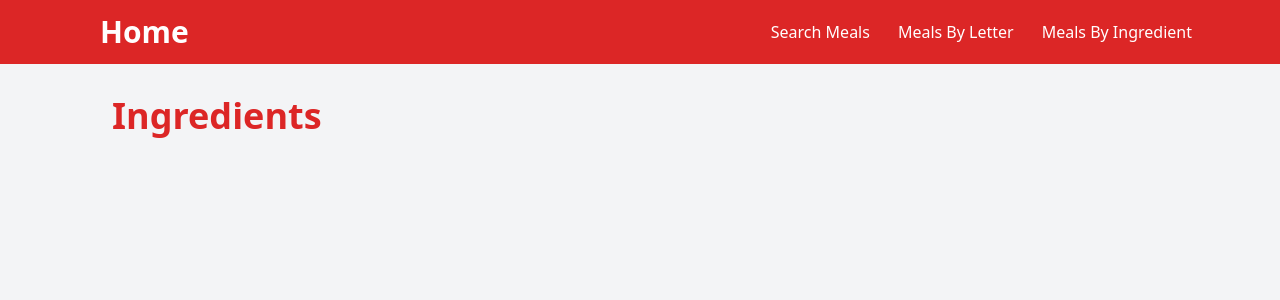
Repository: HalemX/meals
Page: /ingredients
These files come from the project's save history. The page is drawn as it stood at one moment and after the next save; the edit follows.
The browser window is 1280 px wide. The pictures show the whole page.
The page's requests for data from a server got no answer. The project was rebuilt for these pictures with package versions that can differ from the ones it lists, and the page was loaded fresh each time. No one was signed in, and anything a server would have sent is missing. Also part of the build but not shown: vite.config.js, src/components/ui/BaseButtons.vue, src/components/meals_components/MealsItem.vue, src/pages/home/HomePage.vue, src/components/layout/GuestLayout.vue, src/pages/meals/MealsByIngredient.vue, src/pages/meals/MealsByLetters.vue, src/pages/meals/MealsByName.vue and 1 more.

Above is the page before, as saved 2024-02-12 17:39:39.

### index.html
<!DOCTYPE html>
<html lang="en">
  <head>
    <meta charset="UTF-8" />
    <link rel="icon" type="image/svg+xml" href="/vite.svg" />
    <meta name="viewport" content="width=device-width, initial-scale=1.0" />
    <title>Vite + Vue</title>
  </head>
  <body class="bg-gray-100 h-full">
    <div id="app"></div>
    <script type="module" src="/src/main.js"></script>
  </body>
</html>

### src/main.js
import { createApp } from "vue";

import router from "./router";
import store from "./store";
import "./style.css";

import App from "./App.vue";

const app = createApp(App);
app.use(router);
app.use(store);

app.mount("#app");

### src/router/index.js
import { createRouter, createWebHistory } from "vue-router";

import HomePage from "../pages/home/HomePage.vue";

import DefaultLayout from "../components/layout/DefaultLayout.vue";
import GuestLayout from "../components/layout/GuestLayout.vue";

import MealsByIngredient from "../pages/meals/MealsByIngredient.vue";
import MealsByLetters from "../pages/meals/MealsByLetters.vue";
import MealsByName from "../pages/meals/MealsByName.vue";
import MealDetails from "../components/meals_components/MealDetails.vue";
import AllIngredients from "../pages/meals/AllIngredients.vue";

const routes = [
  {
    path: "/",
    component: DefaultLayout,
    children: [
      {
        path: "/",
        name: "home",
        component: HomePage,
      },
      {
        path: "/by-letter/:letter?",
        name: "byLetter",
        component: MealsByLetters,
      },
      {
        path: "/by-name/:name?",
        name: "byName",
        component: MealsByName,
      },
      {
        path: "/ingredients",
        name: "ingredients",
        component: AllIngredients,
      },
      {
        path: "/by-ingredient/:ingredient",
        name: "byIngredient",
        component: MealsByIngredient,
      },
      {
        path: "/meal/:id",
        name: "mealDetails",
        component: MealDetails,
      },
    ],
  },
  {
    path: "/guest",
    component: GuestLayout,
    children: [],
  },
];

const router = createRouter({
  history: createWebHistory(),
  routes,
});

export default router;

### src/store/index.js
import { createStore } from "vuex";

import mealsModule from "./modules/meals/index";

const store = createStore({
  modules: {
    mealsModule,
  },
});

export default store;

### src/App.vue
<template>
  <router-view v-slot="slotProps">
    <transition name="route" mode="out-in">
      <component :is="slotProps.Component"></component>
    </transition>
  </router-view>
</template>

<style scoped>
.route-enter-from {
  opacity: 0;
  transform: translateY(-30px);
}
.route-leave-to {
  opacity: 0;
  transform: translateY(30px);
}
.route-enter-active {
  transition: all 0.4s ease-out;
}
.route-enter-active {
  transition: all 0.4s ease-in;
}
.route-enter-to,
.route-leave-from {
  opacity: 1;
  transform: translateY(0);
}
</style>

### src/components/layout/DefaultLayout.vue
<template>
  <div>
    <navbar />
    <main>
      <router-view v-slot="slotProps">
        <transition name="route" mode="out-in">
          <component :is="slotProps.Component"></component>
        </transition>
      </router-view>
    </main>
  </div>
</template>

<script>
import Navbar from "./Navbar.vue";
export default {
  components: {
    Navbar,
  },
};
</script>

<style>
.route-enter-from {
  opacity: 0;
  transform: translateY(-30px);
}
.route-leave-to {
  opacity: 0;
  transform: translateY(30px);
}
.route-enter-active {
  transition: all 0.4s ease-out;
}
.route-enter-active {
  transition: all 0.4s ease-in;
}
.route-enter-to,
.route-leave-from {
  opacity: 1;
  transform: translateY(0);
}
</style>

### src/pages/meals/AllIngredients.vue
<template>
  <div class="p-8 lg:mx-20">
    <h1 class="text-4xl font-bold mb-4 text-[#dc2626]">Ingredients</h1>
    <div class="grid grid-cols-1 md:grid-cols-2 gap-5">
      <router-link
        :to="{
          name: 'byIngredient',
          params: { ingredient: ingredient.strIngredient },
        }"
        v-for="ingredient of perfectIng"
        :key="ingredient.idIngredient"
        class="block bg-[#ef4444] text-white p-3 rounded mb-3 shadow md:leading-loose"
      >
        <h3 class="text-2xl font-bold mb-4">{{ ingredient.strIngredient }}</h3>
      </router-link>
    </div>
  </div>
</template>

<script>
import { onMounted, ref } from "vue";
import axiosClient from "../../axiosClient";

export default {
  setup() {
    const ingredients = ref([]);
    const hasIngDesc = ref([]);
    const perfectIng = ref([]);

    onMounted(() => {
      axiosClient.get("list.php?i=list").then(({ data }) => {
        ingredients.value = data.meals;
        hasIngDesc.value = ingredients.value.filter((ing) => {
          return ing.strDescription !== null;
        });
      });
    });

    return { ingredients, hasIngDesc, perfectIng };
  },
};
</script>

### src/store/modules/meals/index.js
import mutations from "./mutations";
import actions from "./actions";
import getters from "./getters";

export default {
  state() {
    return {
      searchMealsByName: [],
      searchMealsByLetter: [],
      searchMealsByIng: [],
    };
  },
  mutations,
  actions,
  getters,
};

### src/axiosClient.js
import axios from "axios";

const axiosClient = axios.create({
  baseURL: import.meta.env.VITE_API_BASE_URL,
});

export default axiosClient;

### src/components/layout/Navbar.vue
<template>
  <div class="bg-[#dc2626]">
    <header
      class="text-white shadow h-16 flex justify-between items-stretch bg-[#dc2626] md:mx-20"
    >
      <router-link
        class="text-3xl inline-flex items-center h-full px-5 font-bold"
        :to="{ name: 'home' }"
        >Home</router-link
      >
      <div class="flex items-center gap-3">
        <router-link
          class="inline-flex items-center px-2 h-full transition-colors hover:bg-[#ef4444]"
          :to="{ name: 'byName' }"
          >Search Meals</router-link
        >
        <router-link
          class="inline-flex items-center px-2 h-full transition-colors hover:bg-[#f87171]"
          :to="{ name: 'byLetter' }"
          >Meals By Letter</router-link
        >
        <router-link
          class="inline-flex items-center px-2 h-full transition-colors hover:bg-[#f87171]"
          :to="{ name: 'ingredients' }"
          >Meals By Ingredient</router-link
        >
      </div>
    </header>
  </div>
</template>

<script>
export default {};
</script>

<style scoped>
header {
  box-shadow: none !important;
}
</style>

### src/store/modules/meals/mutations.js
export default {
  setSearchMealsByName(state, meals) {
    state.searchMealsByName = meals;
  },
  setSearchMealsByLetter(state, meals) {
    state.searchMealsByLetter = meals;
  },
  setSearchMealsByIng(state, meals) {
    state.searchMealsByIng = meals;
  },
};

### src/store/modules/meals/actions.js
import axiosClient from "../../../axiosClient";

export default {
  async searchMealsByName(context, enterName) {
    const response = await axiosClient.get(`search.php?s=${enterName}`);

    const responseData = await response.data;

    context.commit("setSearchMealsByName", responseData.meals);
  },

  async searchMealsLetter(context, letter) {
    const response = await axiosClient.get(`search.php?f=${letter}`);

    const responseData = await response.data;

    context.commit("setSearchMealsByLetter", responseData.meals);
  },

  async searchMealsByIng(context, enterIng) {
    const response = await axiosClient.get(`filter.php?i=${enterIng}`);

    const responseData = await response.data;

    context.commit("setSearchMealsByIng", responseData.meals);
  },

  //   async fetchMeals(context) {
  //     const response = await fetch(
  //       "https://www.themealdb.com/api/json/v1/1/search.php?s=Arrabiata"
  //     );
  //     const responseData = await response.json();
  //     if (!response.ok) {
  //       const error = new Error(responseData.message || "Failed to fetch Meals");
  //       throw error;
  //     }
  //     // console.log(responseData.meals);
  //     // const meals = [];
  //     // for (const key in responseData) {
  //     //   const request = {
  //     //     id: key,
  //     //     coachId: coachId,
  //     //     userEmail: responseData[key].userEmail,
  //     //     message: responseData[key].message,
  //     //   };
  //     //   requests.push(request);
  //     // }
  //     context.commit("setMeals", responseData.meals.slice(0, 5));
  //   },
};

### src/store/modules/meals/getters.js
export default {
  getSearchMealsByName(state) {
    return state.searchMealsByName;
  },
  getSearchMealsByLetter(state) {
    return state.searchMealsByLetter;
  },
  getSearchMealsByIng(state) {
    return state.searchMealsByIng;
  },
};

### tailwind.config.js
/** @type {import('tailwindcss').Config} */
export default {
  content: ["./index.html", "./src/**/*.{vue,js,ts,jsx,tsx}"],
  theme: {
    extend: {},
  },
  plugins: [
    require("@tailwindcss/forms"),
    // ...
  ],
};

Loaded but not shown: src/style.css (common file)

After the next save:
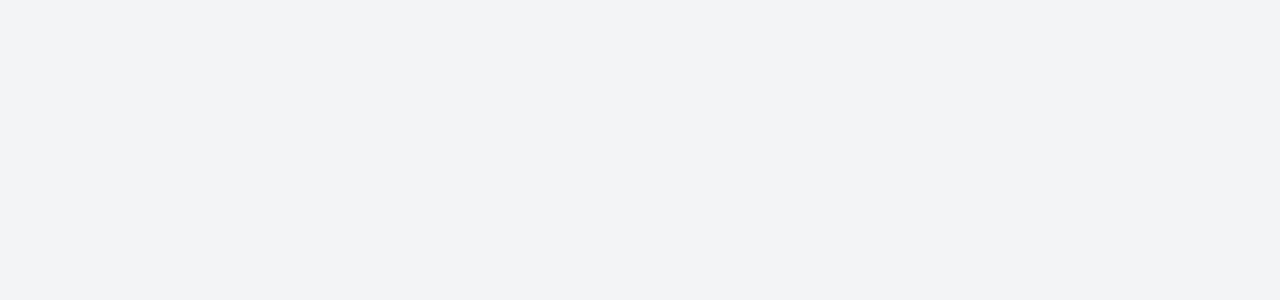
Console error: ReferenceError: perfectIng is not defined
Saved 64 s later.
--- a/src/pages/meals/AllIngredients.vue
+++ b/src/pages/meals/AllIngredients.vue
@@ -25,7 +25,6 @@
   setup() {
     const ingredients = ref([]);
     const hasIngDesc = ref([]);
-    const perfectIng = ref([]);
 
     onMounted(() => {
       axiosClient.get("list.php?i=list").then(({ data }) => {

After the save that followed:
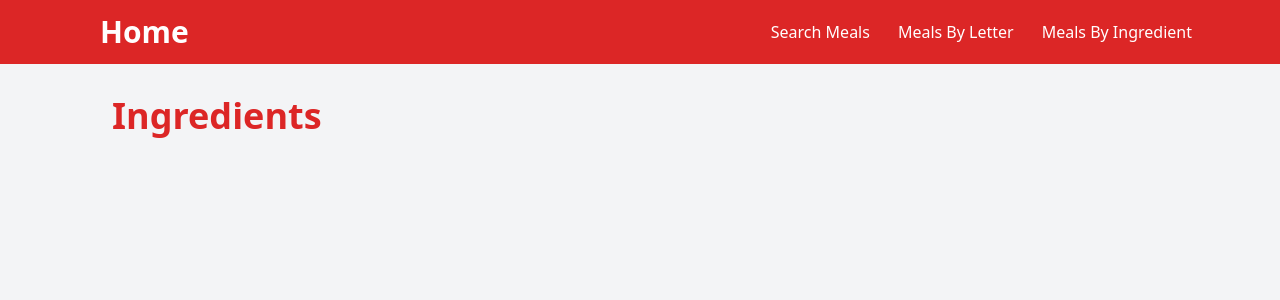
The error is gone.
Saved 5 s later.
--- a/src/pages/meals/AllIngredients.vue
+++ b/src/pages/meals/AllIngredients.vue
@@ -35,7 +35,7 @@
       });
     });
 
-    return { ingredients, hasIngDesc, perfectIng };
+    return { ingredients, hasIngDesc };
   },
 };
 </script>
